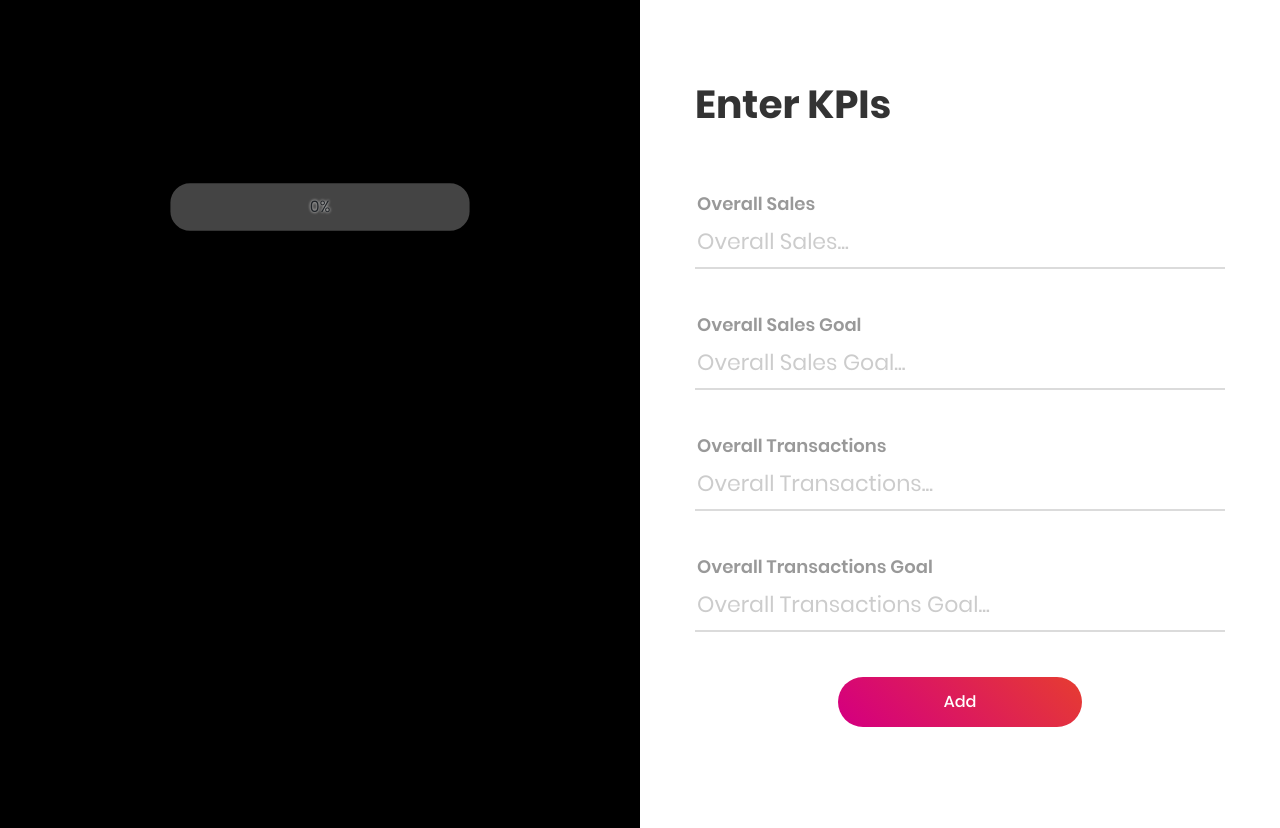
Repository: jameyel/kpi-entry
Page: index.html
An editor plug-in stored every save of this project. The page is shown before and after the next save, followed by the edit.
The browser window is 1280 px wide. The pictures show the whole page.

Above is the page before, as saved 2018-12-09 17:45:29.

### index.html
<!DOCTYPE html>
<html lang="en">
  <head>
    <title>Contact V13</title>
    <meta charset="UTF-8" />
    <meta name="viewport" content="width=device-width, initial-scale=1" />
    <!--
      ===============================================================================================
    -->
    <link rel="icon" type="image/png" href="images/icons/favicon.ico" />
    <!--
      ===============================================================================================
    -->
    <link
      rel="stylesheet"
      type="text/css"
      href="vendor/bootstrap/css/bootstrap.min.css"
    />
    <!--
      ===============================================================================================
    -->
    <link
      rel="stylesheet"
      type="text/css"
      href="fonts/font-awesome-4.7.0/css/font-awesome.min.css"
    />
    <!--
      ===============================================================================================
    -->
    <link
      rel="stylesheet"
      type="text/css"
      href="fonts/Linearicons-Free-v1.0.0/icon-font.min.css"
    />
    <!--
      ===============================================================================================
    -->
    <link
      rel="stylesheet"
      type="text/css"
      href="fonts/iconic/css/material-design-iconic-font.min.css"
    />
    <!--
      ===============================================================================================
    -->
    <link rel="stylesheet" type="text/css" href="vendor/animate/animate.css" />
    <!--
      ===============================================================================================
    -->
    <link
      rel="stylesheet"
      type="text/css"
      href="vendor/css-hamburgers/hamburgers.min.css"
    />
    <!--
      ===============================================================================================
    -->
    <link
      rel="stylesheet"
      type="text/css"
      href="vendor/animsition/css/animsition.min.css"
    />
    <!--
      ===============================================================================================
    -->
    <link
      rel="stylesheet"
      type="text/css"
      href="vendor/select2/select2.min.css"
    />
    <!--
      ===============================================================================================
    -->
    <link
      rel="stylesheet"
      type="text/css"
      href="vendor/daterangepicker/daterangepicker.css"
    />
    <link rel="stylesheet" type="text/css" href="./css/loading-bar.css" />
    <!--
      ===============================================================================================
    -->
    <link rel="stylesheet" type="text/css" href="css/util.css" />
    <link rel="stylesheet" type="text/css" href="css/main.css" />
    <!--
      ===============================================================================================
    -->
  </head>
  <body>
    <div class="container-kpi100">
      <div class="kpi100-chart">
        <div
          class="ldBar label-center ld-overall-sales"
          style="width:50%;height:50%;margin:auto"
          data-preset="energy"
        ></div>
      </div>

      <div class="wrap-kpi100">
        <form class="kpi100-form validate-form">
          <span class="kpi100-form-title"> Enter KPIs </span>

          <div
            class="wrap-input100 validate-input"
            data-validate="Overall Sales are required"
          >
            <span class="label-input100">Overall Sales</span>
            <input
              class="input100 overall-sales"
              type="text"
              name="os"
              placeholder="Overall Sales..."
            />
            <span class="focus-input100"></span>
          </div>

          <div
            class="wrap-input100 validate-input"
            data-validate="Valid email is required: ex@abc.xyz"
          >
            <span class="label-input100">Overall Sales Goal</span>
            <input
              class="input100"
              type="text"
              name="osg"
              placeholder="Overall Sales Goal..."
            />
            <span class="focus-input100"></span>
          </div>

          <div class="wrap-input100">
            <span class="label-input100">Overall Transactions</span>
            <input
              class="input100"
              type="text"
              name="ot"
              placeholder="Overall Transactions..."
            />
            <span class="focus-input100"></span>
          </div>

          <div class="wrap-input100">
            <span class="label-input100">Overall Transactions Goal</span>
            <input
              class="input100"
              type="text"
              name="otg"
              placeholder="Overall Transactions Goal..."
            />
            <span class="focus-input100"></span>
          </div>

          <div class="container-kpi100-form-btn">
            <div class="wrap-kpi100-form-btn">
              <div class="kpi100-form-bgbtn"></div>
              <button class="kpi100-form-btn">Add</button>
            </div>
          </div>
        </form>
      </div>
    </div>

    <div id="dropDownSelect1"></div>

    <!--
      ===============================================================================================
    -->
    <script src="vendor/jquery/jquery-3.2.1.min.js"></script>
    <!--
      ===============================================================================================
    -->
    <script src="vendor/animsition/js/animsition.min.js"></script>
    <!--
      ===============================================================================================
    -->
    <script src="vendor/bootstrap/js/popper.js"></script>
    <script src="vendor/bootstrap/js/bootstrap.min.js"></script>
    <!--
      ===============================================================================================
    -->
    <script src="vendor/select2/select2.min.js"></script>
    <!--
      ===============================================================================================
    -->
    <script src="vendor/daterangepicker/moment.min.js"></script>
    <script src="vendor/daterangepicker/daterangepicker.js"></script>
    <!--
      ===============================================================================================
    -->
    <script src="vendor/countdowntime/countdowntime.js"></script>
    <!--
      ===============================================================================================
    -->
    <script src="js/chart-custom.js"></script>
    <!--
      ===============================================================================================
    -->
    <script type="text/javascript" src="./js/loading-bar.js"></script>
    <script src="js/main.js"></script>
  </body>
</html>

### css/main.css
/*//////////////////////////////////////////////////////////////////
[ FONT ]*/

@font-face {
  font-family: Poppins-Regular;
  src: url('../fonts/poppins/Poppins-Regular.ttf');
}

@font-face {
  font-family: Poppins-Medium;
  src: url('../fonts/poppins/Poppins-Medium.ttf');
}

@font-face {
  font-family: Poppins-Bold;
  src: url('../fonts/poppins/Poppins-Bold.ttf');
}

@font-face {
  font-family: Poppins-SemiBold;
  src: url('../fonts/poppins/Poppins-SemiBold.ttf');
}

/*//////////////////////////////////////////////////////////////////
[ RESTYLE TAG ]*/

* {
  margin: 0px;
  padding: 0px;
  box-sizing: border-box;
}

body,
html {
  height: 100%;
  font-family: Poppins-Regular, sans-serif;
}

/*---------------------------------------------*/
a {
  font-family: Poppins-Regular;
  font-size: 14px;
  line-height: 1.7;
  color: #666666;
  margin: 0px;
  transition: all 0.4s;
  -webkit-transition: all 0.4s;
  -o-transition: all 0.4s;
  -moz-transition: all 0.4s;
}

a:focus {
  outline: none !important;
}

a:hover {
  text-decoration: none;
}

/*---------------------------------------------*/
h1,
h2,
h3,
h4,
h5,
h6 {
  margin: 0px;
}

p {
  font-family: Poppins-Regular;
  font-size: 14px;
  line-height: 1.7;
  color: #666666;
  margin: 0px;
}

ul,
li {
  margin: 0px;
  list-style-type: none;
}

/*---------------------------------------------*/
input {
  outline: none;
  border: none;
}

input[type='number'] {
  -moz-appearance: textfield;
  appearance: none;
  -webkit-appearance: none;
}

input[type='number']::-webkit-outer-spin-button,
input[type='number']::-webkit-inner-spin-button {
  -webkit-appearance: none;
}

textarea {
  outline: none;
  border: none;
}

textarea:focus,
input:focus {
  border-color: transparent !important;
}

input:focus::-webkit-input-placeholder {
  color: transparent;
}
input:focus:-moz-placeholder {
  color: transparent;
}
input:focus::-moz-placeholder {
  color: transparent;
}
input:focus:-ms-input-placeholder {
  color: transparent;
}

textarea:focus::-webkit-input-placeholder {
  color: transparent;
}
textarea:focus:-moz-placeholder {
  color: transparent;
}
textarea:focus::-moz-placeholder {
  color: transparent;
}
textarea:focus:-ms-input-placeholder {
  color: transparent;
}

input::-webkit-input-placeholder {
  color: #cccccc;
}
input:-moz-placeholder {
  color: #cccccc;
}
input::-moz-placeholder {
  color: #cccccc;
}
input:-ms-input-placeholder {
  color: #cccccc;
}

textarea::-webkit-input-placeholder {
  color: #cccccc;
}
textarea:-moz-placeholder {
  color: #cccccc;
}
textarea::-moz-placeholder {
  color: #cccccc;
}
textarea:-ms-input-placeholder {
  color: #cccccc;
}

/*---------------------------------------------*/
button {
  outline: none !important;
  border: none;
  background: transparent;
}

button:hover {
  cursor: pointer;
}

iframe {
  border: none !important;
}

/*//////////////////////////////////////////////////////////////////
[ Contact ]*/

.container-kpi100 {
  width: 100%;
  min-height: 100vh;
  display: -webkit-box;
  display: -webkit-flex;
  display: -moz-box;
  display: -ms-flexbox;
  display: flex;
  flex-wrap: wrap;
  justify-content: flex-end;
  align-items: center;
  background: transparent;
  position: relative;
  z-index: 1;
}

.kpi100-chart {
  position: absolute;
  z-index: -2;
  width: calc(100% - 640px);
  height: 100%;
  top: 0;
  left: 0;
  background: #000;
}

.wrap-kpi100 {
  width: 640px;
  min-height: 100vh;
  background: #fff;
  border-radius: 2px;
  padding: 82px 55px 33px 55px;
  position: relative;
}

.show-wrap-kpi100 {
  visibility: visible;
  opacity: 1;
}

/*==================================================================
[ Form ]*/

.kpi100-form {
  width: 100%;
  display: -webkit-box;
  display: -webkit-flex;
  display: -moz-box;
  display: -ms-flexbox;
  display: flex;
  flex-wrap: wrap;
  justify-content: space-between;
  padding-bottom: 68px;
}

.kpi100-form-title {
  display: block;
  width: 100%;
  font-family: Poppins-Bold;
  font-size: 39px;
  color: #333333;
  line-height: 1.2;
  text-align: left;
  padding-bottom: 64px;
}

/*------------------------------------------------------------------
[ Input ]*/

.wrap-input100 {
  width: 100%;
  position: relative;
  border-bottom: 2px solid #dbdbdb;
  margin-bottom: 45px;
}

.label-input100 {
  font-family: Poppins-SemiBold;
  font-size: 18px;
  color: #999999;
  line-height: 1.2;
  padding-left: 2px;
}

.input100 {
  display: block;
  width: 100%;
  background: transparent;
  font-family: Poppins-Regular;
  font-size: 22px;
  color: #555555;
  line-height: 1.2;
  padding: 0 2px;
}

.focus-input100 {
  position: absolute;
  display: block;
  width: 100%;
  height: 100%;
  top: 0;
  left: 0;
  pointer-events: none;
}

.focus-input100::before {
  content: '';
  display: block;
  position: absolute;
  bottom: -2px;
  left: 0;
  width: 0;
  height: 2px;

  -webkit-transition: all 0.4s;
  -o-transition: all 0.4s;
  -moz-transition: all 0.4s;
  transition: all 0.4s;

  background: #df254e;
  background: -webkit-linear-gradient(45deg, #d5007d, #e53935);
  background: -o-linear-gradient(45deg, #d5007d, #e53935);
  background: -moz-linear-gradient(45deg, #d5007d, #e53935);
  background: linear-gradient(45deg, #d5007d, #e53935);
}

/*---------------------------------------------*/
input.input100 {
  height: 50px;
}

textarea.input100 {
  min-height: 140px;
  padding-top: 13px;
  padding-bottom: 13px;
}

.input100:focus + .focus-input100::before {
  width: 100%;
}

.has-val.input100 + .focus-input100::before {
  width: 100%;
}

/*------------------------------------------------------------------
[ Button ]*/
.container-kpi100-form-btn {
  width: 100%;
  display: -webkit-box;
  display: -webkit-flex;
  display: -moz-box;
  display: -ms-flexbox;
  display: flex;
  flex-wrap: wrap;
  justify-content: center;
}

.wrap-kpi100-form-btn {
  display: block;
  position: relative;
  z-index: 1;
  border-radius: 25px;
  overflow: hidden;
}

.kpi100-form-bgbtn {
  position: absolute;
  z-index: -1;
  width: 300%;
  height: 100%;
  background: #df2351;
  background: -webkit-linear-gradient(
    -135deg,
    #d5007d,
    #e53935,
    #d5007d,
    #e53935
  );
  background: -o-linear-gradient(-135deg, #d5007d, #e53935, #d5007d, #e53935);
  background: -moz-linear-gradient(-135deg, #d5007d, #e53935, #d5007d, #e53935);
  background: linear-gradient(-135deg, #d5007d, #e53935, #d5007d, #e53935);
  top: 0;
  left: -100%;
  -webkit-transition: all 0.4s;
  -o-transition: all 0.4s;
  -moz-transition: all 0.4s;
  transition: all 0.4s;
}
.kpi100-form-btn {
  display: -webkit-box;
  display: -webkit-flex;
  display: -moz-box;
  display: -ms-flexbox;
  display: flex;
  justify-content: center;
  align-items: center;
  padding: 0 20px;
  min-width: 244px;
  height: 50px;
  font-family: Poppins-Medium;
  font-size: 16px;
  color: #fff;
  line-height: 1.2;
}
.wrap-kpi100-form-btn:hover .kpi100-form-bgbtn {
  left: 0;
}
/* ------------------------------------------------------------------
[ Responsive ] */
@media (max-width: 576px) {
  .wrap-kpi100 {
    padding: 82px 15px 33px 15px;
  }
}
/* ------------------------------------------------------------------
[ Alert validate ] */
.validate-input {
  position: relative;
}
.alert-validate::before {
  content: attr(data-validate);
  position: absolute;
  max-width: 70%;
  background-color: #fff;
  border: 1px solid #c80000;
  border-radius: 2px;
  padding: 4px 30px 4px 10px;
  bottom: calc((100% - 25px) / 2);
  -webkit-transform: translateY(50%);
  -moz-transform: translateY(50%);
  -ms-transform: translateY(50%);
  -o-transform: translateY(50%);
  transform: translateY(50%);
  right: 2px;
  pointer-events: none;
  font-family: Poppins-Medium;
  color: #c80000;
  font-size: 14px;
  line-height: 1.4;
  text-align: left;
  visibility: hidden;
  opacity: 0;
  -webkit-transition: opacity 0.4s;
  -o-transition: opacity 0.4s;
  -moz-transition: opacity 0.4s;
  transition: opacity 0.4s;
}
.alert-validate::after {
  content: '\f06a';
  font-family: FontAwesome;
  display: block;
  position: absolute;
  color: #c80000;
  font-size: 18px;
  bottom: calc((100% - 25px) / 2);
  -webkit-transform: translateY(50%);
  -moz-transform: translateY(50%);
  -ms-transform: translateY(50%);
  -o-transform: translateY(50%);
  transform: translateY(50%);
  right: 8px;
}
.alert-validate:hover:before {
  visibility: visible;
  opacity: 1;
}
@media (max-width: 992px) {
  .alert-validate::before {
    visibility: visible;
    opacity: 1;
  }
}
.true-validate::after {
  content: '\f26b';
  font-family: Material-Design-Iconic-Font;
  font-size: 22px;
  color: #00ad5f;
  display: -webkit-box;
  display: -webkit-flex;
  display: -moz-box;
  display: -ms-flexbox;
  display: flex;
  align-items: center;
  justify-content: center;
  position: absolute;
  bottom: calc((100% - 25px) / 2);
  -webkit-transform: translateY(50%);
  -moz-transform: translateY(50%);
  -ms-transform: translateY(50%);
  -o-transform: translateY(50%);
  transform: translateY(50%);
  right: 5px;
}
/* ==================================================================
[ Contact more ] */
.kpi100-more {
  font-family: Poppins-Medium;
  font-size: 16px;
  color: #fff;
  position: fixed;
  z-index: -1;
  display: -webkit-box;
  display: -webkit-flex;
  display: -moz-box;
  display: -ms-flexbox;
  display: flex;
  justify-content: center;
  align-items: center;
  min-width: 212px;
  height: 50px;
  border-radius: 25px;
  background-color: #39b54a;
  padding: 0 20px;
  top: 50%;
  left: calc((100% - 640px) / 2);
  -webkit-transform: translate(-50%, -50%);
  -moz-transform: translate(-50%, -50%);
  -ms-transform: translate(-50%, -50%);
  -o-transform: translate(-50%, -50%);
  transform: translate(-50%, -50%);
}
.kpi100-more i {
  font-size: 20px;
  margin-right: 10px;
}
@media (max-width: 1200px) {
  .wrap-kpi100 {
    width: 440px;
  }
  .kpi100-map {
    width: calc(100% - 440px);
  }
  .kpi100-more {
    left: calc((100% - 440px) / 2);
  }
}
@media (max-width: 768px) {
  .wrap-kpi100 {
    width: 100%;
  }
  .kpi100-map {
    display: none;
  }
  .kpi100-more {
    position: absolute;
    background-color: transparent;
    color: #39b54a;
    bottom: 0px;
    top: auto;
    left: 50%;
    z-index: 10;
  }
}

### js/chart-custom.js
$(document).ready(() => {
  new ldBar('.ld-overall-sales', {
    preset: 'energy',
    value: '0'
  });
  //   $('.ld-overall-sales').attr('data-value', '00');
  $('.overall-sales').on('blur', () => {
    // $('.ld-overall-sales').attr('data-value', '20');
    new ldBar('.ld-overall-sales', {
      preset: 'energy',
      value: '20'
    });
  });
});

Loaded but not shown: vendor/bootstrap/css/bootstrap.min.css (library); fonts/font-awesome-4.7.0/css/font-awesome.min.css (library); fonts/Linearicons-Free-v1.0.0/icon-font.min.css (library); fonts/iconic/css/material-design-iconic-font.min.css (library); vendor/animate/animate.css (library); vendor/css-hamburgers/hamburgers.min.css (library); vendor/animsition/css/animsition.min.css (library); vendor/select2/select2.min.css (library); vendor/daterangepicker/daterangepicker.css (library); css/loading-bar.css (common file); vendor/jquery/jquery-3.2.1.min.js (library); vendor/animsition/js/animsition.min.js (library); vendor/bootstrap/js/popper.js (library); vendor/bootstrap/js/bootstrap.min.js (library); vendor/select2/select2.min.js (library); vendor/daterangepicker/moment.min.js (library); vendor/daterangepicker/daterangepicker.js (library); vendor/countdowntime/countdowntime.js (common file); js/loading-bar.js (803 lines, source omitted); js/main.js (94 lines, source omitted); css/util.css (2984 lines, source omitted)

After the next save:
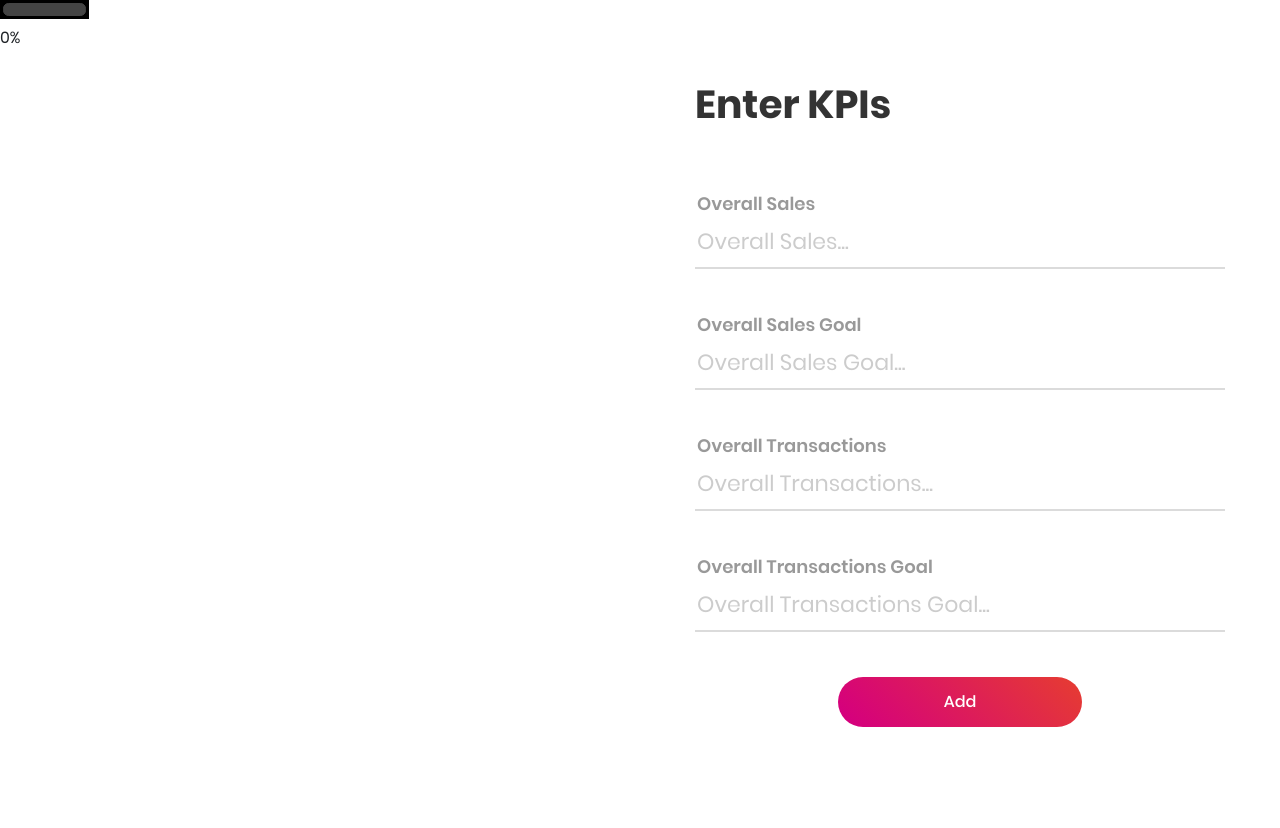
Saved 67 s later.
--- a/index.html
+++ b/index.html
@@ -89,11 +89,13 @@
   <body>
     <div class="container-kpi100">
       <div class="kpi100-chart">
-        <div
-          class="ldBar label-center ld-overall-sales"
-          style="width:50%;height:50%;margin:auto"
-          data-preset="energy"
-        ></div>
+        <!--
+          <div
+            class="ldBar label-center ld-overall-sales"
+            style="width:50%;height:50%;margin:auto"
+            data-preset="energy"
+          ></div>
+        -->
       </div>
 
       <div class="wrap-kpi100">
--- a/js/chart-custom.js
+++ b/js/chart-custom.js
@@ -1,12 +1,12 @@
 $(document).ready(() => {
-  new ldBar('.ld-overall-sales', {
+  new ldBar('.kpi100-chart', {
     preset: 'energy',
     value: '0'
   });
   //   $('.ld-overall-sales').attr('data-value', '00');
   $('.overall-sales').on('blur', () => {
     // $('.ld-overall-sales').attr('data-value', '20');
-    new ldBar('.ld-overall-sales', {
+    new ldBar('.kpi100-chart', {
       preset: 'energy',
       value: '20'
     });

After the 2 saves that followed:
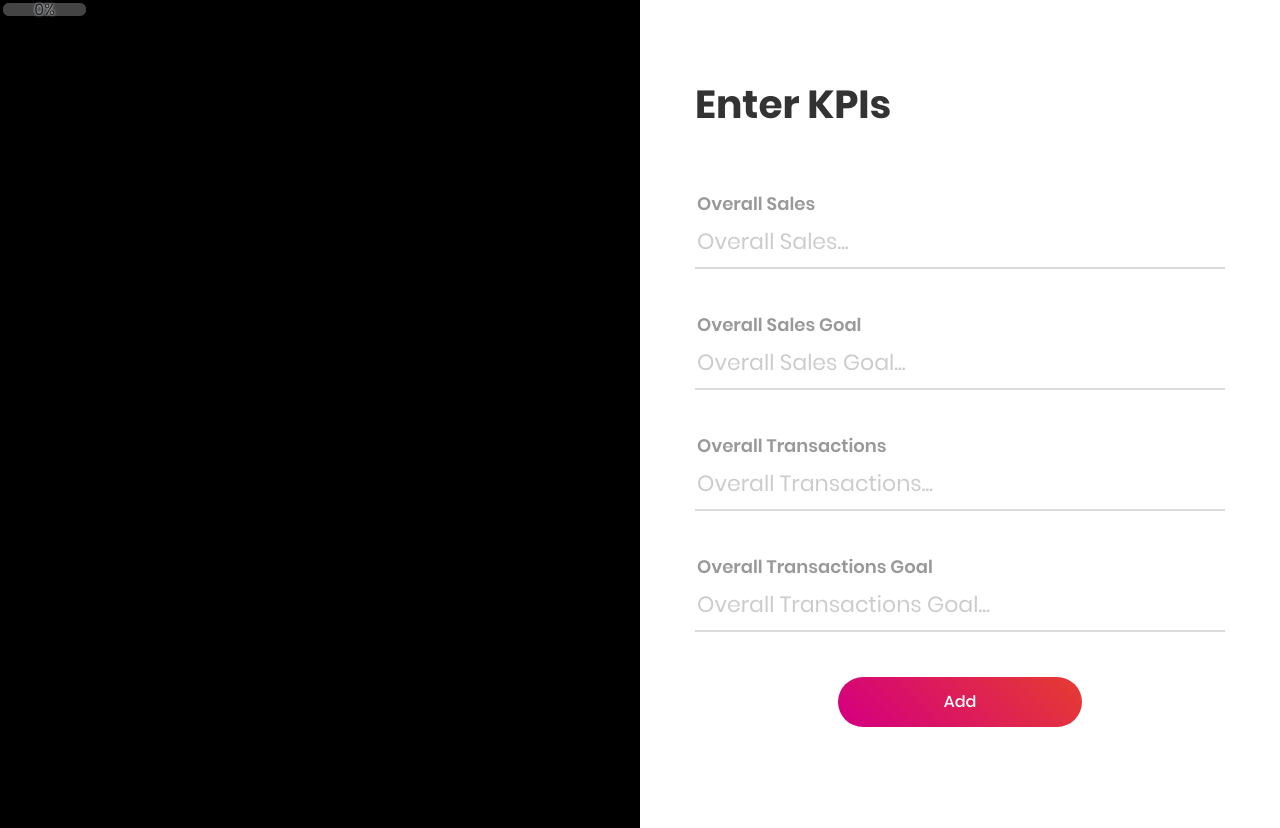
The 2 saves are shown as one change because 1 left the picture as it was.
The last was saved 52 s later.
--- a/index.html
+++ b/index.html
@@ -89,13 +89,7 @@
   <body>
     <div class="container-kpi100">
       <div class="kpi100-chart">
-        <!--
-          <div
-            class="ldBar label-center ld-overall-sales"
-            style="width:50%;height:50%;margin:auto"
-            data-preset="energy"
-          ></div>
-        -->
+        <div class="label-center ld-overall-sales"></div>
       </div>
 
       <div class="wrap-kpi100">
--- a/js/chart-custom.js
+++ b/js/chart-custom.js
@@ -1,12 +1,12 @@
 $(document).ready(() => {
-  new ldBar('.kpi100-chart', {
+  new ldBar('.ld-overall-sales', {
     preset: 'energy',
     value: '0'
   });
   //   $('.ld-overall-sales').attr('data-value', '00');
   $('.overall-sales').on('blur', () => {
     // $('.ld-overall-sales').attr('data-value', '20');
-    new ldBar('.kpi100-chart', {
+    new ldBar('.ld-overall-sales', {
       preset: 'energy',
       value: '20'
     });
